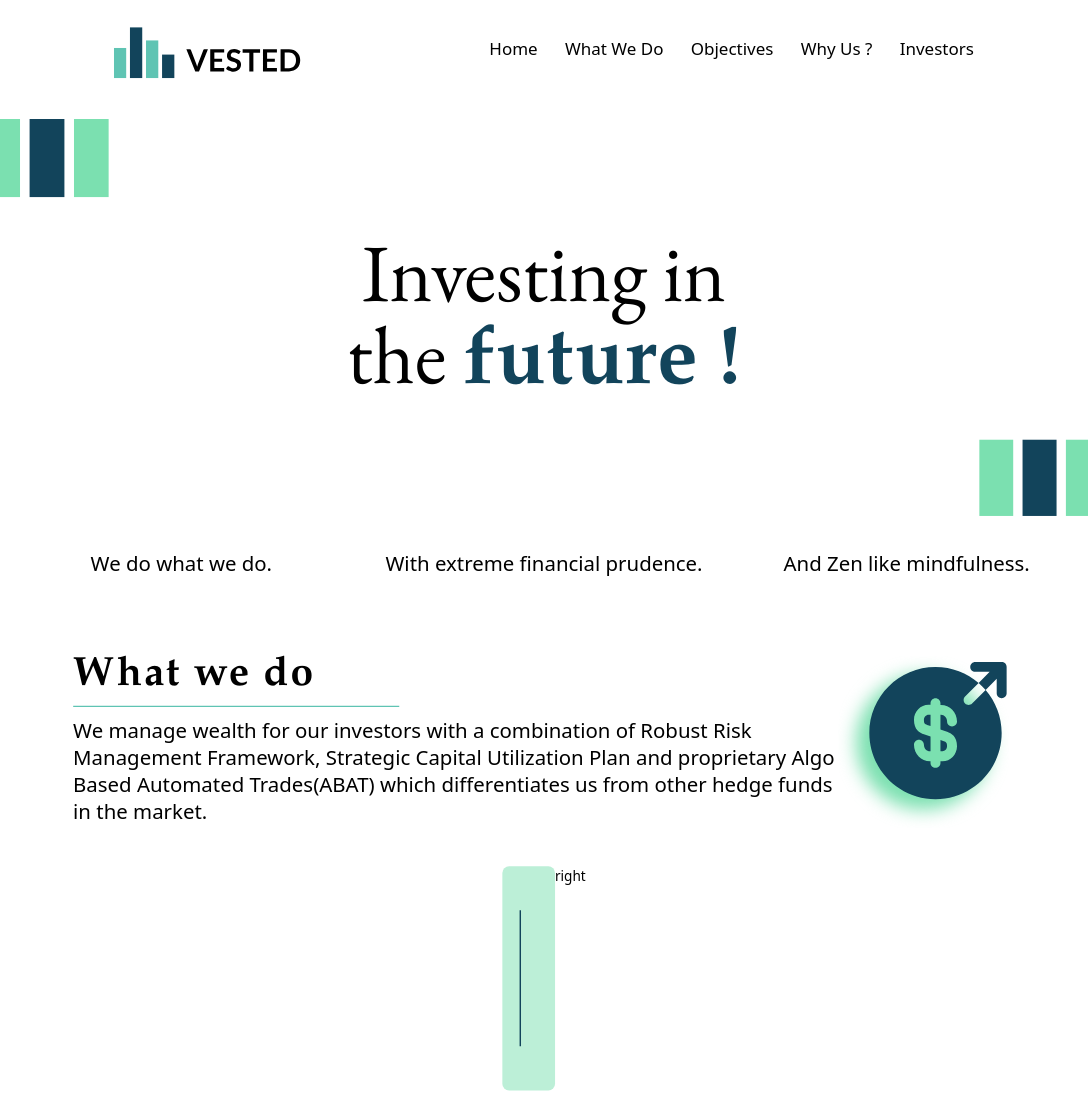
Repository: husainmamuwala/TippingPointsFinancial
Page: /
The author's editor kept a copy of each file at every save. The page is drawn from the files as they stood at one save, then again after a run of saves.
The browser window is 1280 px wide. The pictures show the whole page, at 85% of full size.
The project was rebuilt for these pictures with package versions that can differ from the ones it lists, and the page was loaded fresh each time. The framework's server and built-in components were replaced by stand-ins that run in the browser. Also part of the build but not shown: next.config.js.

Above is the page before, as saved 2022-10-15 18:52:39.

### pages/_document.js
import Document, { Html, Head, Main, NextScript } from "next/document";

function MyDocument() {
  return (
    <Html>
      <Head>
      <link rel="preconnect" href="https://fonts.googleapis.com"/>
<link rel="preconnect" href="https://fonts.gstatic.com" crossorigin/>
<link href="https://fonts.googleapis.com/css2?family=EB+Garamond:ital,wght@0,400;0,600;1,500&display=swap" rel="stylesheet"></link>
      </Head>
      <body>
        <Main />
        <NextScript />
      </body>
    </Html>
  );
}

export default MyDocument;

### pages/index.js
import React from "react"
import Hero from "../components/Hero"
import Nav from "../components/Nav"
import Objectives from "../components/Objectives"
import Whatwedo from "../components/Whatwedo"


export default function Home() {
  return (

    <div className="h-screen">
      <Nav/>
      <section id="home">
        <Hero/>
      </section>
      <section id="whatwedo">
        <Whatwedo/>
      </section>
      <section id="objectives">
        <Objectives/>
      </section>
    </div>

  )
}

### styles/globals.css
@tailwind base;
@tailwind components;
@tailwind utilities;

@layer base{
    @font-face{
        font-family: "Garamond";
        src: url('/fonts/Garamond.woff2') format('woff2');
        font-family: 'Montserrat', sans-serif

    }

}

### components/Hero.jsx
import React from 'react'

const Hero = () => {
  return (
    <div className='flex flex-col py-6'>
      <div className='grid grid-flow-row'>
        <div className='justify-self-start self-start w-20 md:w-32 '>
          <svg className="" width="auto" height="auto" viewBox="0 0 125 90" fill="none" xmlns="http://www.w3.org/2000/svg">
            <rect x="-17" width="40" height="90" fill="#7BE0B0" />
            <rect x="34" width="40" height="90" fill="#12445B" />
            <rect x="85" width="40" height="90" fill="#7BE0B0" />
          </svg>
        </div>
        <div className='justify-self-center w-full py-5 md:py-10'>
          <span className=' text-6xl text-center lg:text-8xl font-garamond pt-5 pb-5'>
            <span className="block">Investing in</span>
            <span className="block">the <span className='text-[#12445B] font-semibold'>future !</span></span>
          </span>
        </div>
        <div className='justify-self-end self-end w-20 md:w-32'>
          <svg className='' width="auto" height="au" viewBox="0 0 128 90" fill="none" xmlns="http://www.w3.org/2000/svg">
            <rect width="40" height="90" fill="#7BE0B0" />
            <rect x="51" width="40" height="90" fill="#12445B" />
            <rect x="102" width="40" height="90" fill="#7BE0B0" />
          </svg>
        </div>
      </div>
      <div className='grid grid-row-3 md:grid-cols-3 justify-evenly text-center
        text-xl font-Montserrat md:text-2xl md:py-10'>
        <div>
          <span>We do what we do.</span>
        </div>
        <div>
          <span>With extreme financial prudence.</span>
        </div>
        <div>
          <span>And Zen like mindfulness.</span>
        </div>
      </div>
    </div>
  )
}

export default Hero

### components/Nav.jsx
import Link from 'next/link';
import React, { useState } from 'react'
import { FiMenu } from 'react-icons/fi';
import {AiOutlineClose} from 'react-icons/ai'

const Nav = () => {
    const Links=[
        {name:"Home",link:"/"},
        {name:"What We Do",link:"#whatwedo"},
        {name:"Objectives",link:"#objectives"},
        {name:"Why Us ?",link:"#whyus"},
        {name:"Investors",link:"/investors"},
    ];
    const [open,setOpen] = useState(false);
  return (
    <div className='w-full relative top-0 font-Montserrat font-[400] bg-white'>
        <div className='sticky lg:flex py-4 lg:px-10 items-center lg:justify-around'>
            <div className='mt-2 scale-75 md:scale-100'>
                <svg width="221" height="60" viewBox="0 0 221 60" fill="none" xmlns="http://www.w3.org/2000/svg">
                <path d="M110.63 25.972L100.118 52H95.7437L85.2317 25.972H89.1197C89.5397 25.972 89.8817 26.074 90.1457 26.278C90.4097 26.482 90.6077 26.746 90.7397 27.07L96.8777 42.946C97.0817 43.462 97.2737 44.032 97.4537 44.656C97.6457 45.268 97.8257 45.91 97.9937 46.582C98.1377 45.91 98.2937 45.268 98.4617 44.656C98.6297 44.032 98.8157 43.462 99.0197 42.946L105.122 27.07C105.218 26.794 105.404 26.542 105.68 26.314C105.968 26.086 106.316 25.972 106.724 25.972H110.63ZM118.184 29.824V37.042H127.292V40.768H118.184V48.13H129.74V52H113.324V25.972H129.74V29.824H118.184ZM147.891 30.706C147.747 30.958 147.591 31.144 147.423 31.264C147.267 31.372 147.069 31.426 146.829 31.426C146.577 31.426 146.301 31.336 146.001 31.156C145.713 30.964 145.365 30.754 144.957 30.526C144.549 30.298 144.069 30.094 143.517 29.914C142.977 29.722 142.335 29.626 141.591 29.626C140.919 29.626 140.331 29.71 139.827 29.878C139.323 30.034 138.897 30.256 138.549 30.544C138.213 30.832 137.961 31.18 137.793 31.588C137.625 31.984 137.541 32.422 137.541 32.902C137.541 33.514 137.709 34.024 138.045 34.432C138.393 34.84 138.849 35.188 139.413 35.476C139.977 35.764 140.619 36.022 141.339 36.25C142.059 36.478 142.797 36.724 143.553 36.988C144.309 37.24 145.047 37.54 145.767 37.888C146.487 38.224 147.129 38.656 147.693 39.184C148.257 39.7 148.707 40.336 149.043 41.092C149.391 41.848 149.565 42.766 149.565 43.846C149.565 45.022 149.361 46.126 148.953 47.158C148.557 48.178 147.969 49.072 147.189 49.84C146.421 50.596 145.479 51.196 144.363 51.64C143.247 52.072 141.969 52.288 140.529 52.288C139.701 52.288 138.885 52.204 138.081 52.036C137.277 51.88 136.503 51.652 135.759 51.352C135.027 51.052 134.337 50.692 133.689 50.272C133.041 49.852 132.465 49.384 131.961 48.868L133.383 46.546C133.503 46.378 133.659 46.24 133.851 46.132C134.043 46.012 134.247 45.952 134.463 45.952C134.763 45.952 135.087 46.078 135.435 46.33C135.783 46.57 136.197 46.84 136.677 47.14C137.157 47.44 137.715 47.716 138.351 47.968C138.999 48.208 139.773 48.328 140.673 48.328C142.053 48.328 143.121 48.004 143.877 47.356C144.633 46.696 145.011 45.754 145.011 44.53C145.011 43.846 144.837 43.288 144.489 42.856C144.153 42.424 143.703 42.064 143.139 41.776C142.575 41.476 141.933 41.224 141.213 41.02C140.493 40.816 139.761 40.594 139.017 40.354C138.273 40.114 137.541 39.826 136.821 39.49C136.101 39.154 135.459 38.716 134.895 38.176C134.331 37.636 133.875 36.964 133.527 36.16C133.191 35.344 133.023 34.342 133.023 33.154C133.023 32.206 133.209 31.282 133.581 30.382C133.965 29.482 134.517 28.684 135.237 27.988C135.957 27.292 136.845 26.734 137.901 26.314C138.957 25.894 140.169 25.684 141.537 25.684C143.073 25.684 144.489 25.924 145.785 26.404C147.081 26.884 148.185 27.556 149.097 28.42L147.891 30.706ZM171.969 29.95H164.121V52H159.279V29.95H151.431V25.972H171.969V29.95ZM180.235 29.824V37.042H189.343V40.768H180.235V48.13H191.791V52H175.375V25.972H191.791V29.824H180.235ZM219.194 38.986C219.194 40.894 218.876 42.646 218.24 44.242C217.604 45.838 216.71 47.212 215.558 48.364C214.406 49.516 213.02 50.41 211.4 51.046C209.78 51.682 207.98 52 206 52H196.082V25.972H206C207.98 25.972 209.78 26.296 211.4 26.944C213.02 27.58 214.406 28.474 215.558 29.626C216.71 30.766 217.604 32.134 218.24 33.73C218.876 35.326 219.194 37.078 219.194 38.986ZM214.226 38.986C214.226 37.558 214.034 36.28 213.65 35.152C213.278 34.012 212.732 33.052 212.012 32.272C211.304 31.48 210.44 30.874 209.42 30.454C208.412 30.034 207.272 29.824 206 29.824H200.942V48.148H206C207.272 48.148 208.412 47.938 209.42 47.518C210.44 47.098 211.304 46.498 212.012 45.718C212.732 44.926 213.278 43.966 213.65 42.838C214.034 41.698 214.226 40.414 214.226 38.986Z" fill="black"/>
                <rect y="24.4445" width="14.4444" height="35.5556" fill="#5FC4B3"/>
                <rect x="18.8889" width="14.4444" height="60" fill="#12445B"/>
                <rect x="37.7778" y="15.5555" width="14.4444" height="44.4444" fill="#5FC4B3"/>
                <rect x="56.6667" y="32.2222" width="14.4444" height="27.7778" fill="#12445B"/>
                </svg>

            </div>
            <div onClick={()=>setOpen(!open)}
                 className='text-3xl absolute right-8 top-11 pr-8 cursor-pointer lg:hidden'>
                    {!open ? <FiMenu size={40}/> : <AiOutlineClose size={40}/>}
            </div>

            <ul className={`lg:flex lg:flex-row lg:items-center font-Montserrat pb-12 lg:pb-0
            absolute lg:static bg-white lg:z-auto z-[-1] w-full left-0  lg:pl-0 pl-9 lg:w-auto
            transition-all duration-500 ease-in
            ${open ? "flex-col" : "hidden"}`}>
                {
                    Links.map((link)=>(
                        <li onClick={() => setOpen(false)} key={link.link} className="md:ml-8 text-xl my-7 hover:text-[#5FC4B3]
                         relative transition-all hover:top-1">
                            <Link href={link.link}
                            className="font-Monteserrat">
                                {link.name}
                            </Link>
                        </li>
                    ))
                }
            </ul>
        </div>
    </div>
  )
}

export default Nav

### components/Objectives.jsx
import React from 'react'

const Objectives = () => {
  const Data = [
    {title:"Vision",desc:"To become the largest algo based hedge fund Globally"},
  ];
  return (
    <div className='flex flex-col md:flex-row justify-center py-5 px-10 md:px-0'>
        <div className=''>
          <div className='relative w-full bg-[#7BE0B0] bg-opacity-50 rounded-lg p-5 flex flex-row '>
              <div className='pr-5 h-28 lg:h-56'>
                  <svg width="2" height="auto" viewBox="0 0 2 160" fill="none" xmlns="http://www.w3.org/2000/svg">
                  <line x1="1" y1="4.37114e-08" x2="0.999993" y2="160" stroke="#12445B" stroke-width="2"/>
                  </svg>
              </div>
              {
                Data.map((dataa)=>(
              <div>
                <h1 className='text-3xl font-semibold font-garamond'>{dataa.name}</h1>
                <p className='font-montserrat text-xl'> </p>
              </div>
                ))}
          </div>

        </div>
          <div>
              right
          </div>

    </div>
  )
}

export default Objectives

### components/Whatwedo.tsx
import React from 'react'


const whatwedo = () => {
    return (
        <div className='py-5 px-10 flex md:flex-row flex-col justify-center'>
            <div className='md:w-3/4'>
                <div>
                    <h4 className='text-3xl md:text-5xl font-garamond font-semibold py-2 tracking-wider'>
                        What we do
                    </h4>

                    <svg className="lg:w-96 lg:h-2" width="auto" height="2" viewBox="0 0 589 2" fill="none" xmlns="http://www.w3.org/2000/svg">
                        <line y1="1" x2="589" y2="1" stroke="#5FC4B3" strokeWidth="2" />
                    </svg>

                    <p className='py-2 text-xl md:text-2xl'>
                        We manage wealth for our investors with a combination of Robust Risk Management Framework,
                        Strategic Capital Utilization Plan and proprietary Algo Based Automated Trades(ABAT)
                        which differentiates us from other hedge funds in the market.
                    </p>
                </div>
            </div>
            <div className='w-52 hidden md:block lg:self-center'>
                <svg width="auto" height="auto" viewBox="0 0 226 223" fill="none" xmlns="http://www.w3.org/2000/svg">
                    <g filter="url(#filter0_f_6_45)">
                        <circle cx="109.027" cy="113.259" r="86.0274" fill="#7BE0B0" />
                    </g>
                    <path d="M109.698 84.8371C109.698 89.4046 110.967 90.0812 113.843 91.0962L118.156 92.6187V78.2396H115.619C112.405 78.2396 109.698 81.2 109.698 84.8371ZM130.844 124.76H133.381C136.68 124.76 139.302 121.8 139.302 118.163C139.302 113.595 138.033 112.919 135.158 111.904L130.844 110.381V124.76Z" fill="#12445B" />
                    <path d="M188.614 46.3517L171.275 63.6913C170.006 64.96 168.399 65.5521 166.792 65.5521C165.185 65.5521 163.578 64.96 162.309 63.6913C161.129 62.4975 160.467 60.8867 160.467 59.2083C160.467 57.53 161.129 55.9192 162.309 54.7254L179.648 37.3858C164.762 24.6983 145.561 16.9167 124.5 16.9167C77.81 16.9167 39.9167 54.81 39.9167 101.5C39.9167 148.19 77.81 186.083 124.5 186.083C171.19 186.083 209.083 148.19 209.083 101.5C209.083 80.4388 201.302 61.2383 188.614 46.3517ZM139.302 99.9775C144.715 101.923 151.99 105.814 151.99 118.248C151.99 128.82 143.616 137.533 133.381 137.533H130.844V139.647C130.844 143.115 127.968 145.991 124.5 145.991C121.032 145.991 118.156 143.115 118.156 139.647V137.533H117.48C106.23 137.533 97.0104 128.059 97.0104 116.387C97.0104 112.834 99.8863 109.958 103.354 109.958C106.822 109.958 109.698 112.834 109.698 116.302C109.698 120.954 113.166 124.76 117.48 124.76H118.156V105.983L109.698 103.023C104.285 101.077 97.0104 97.1863 97.0104 84.7525C97.0104 74.1796 105.384 65.4675 115.619 65.4675H118.156V63.4375C118.156 59.9696 121.032 57.0938 124.5 57.0938C127.968 57.0938 130.844 59.9696 130.844 63.4375V65.5521H131.52C142.77 65.5521 151.99 75.0254 151.99 86.6979C151.99 90.1658 149.114 93.0417 145.646 93.0417C142.178 93.0417 139.302 90.1658 139.302 86.6979C139.302 82.0458 135.834 78.2396 131.52 78.2396H130.844V97.0171L139.302 99.9775ZM214.92 14.4638C214.251 12.9061 213.009 11.6647 211.452 10.9958C210.691 10.7256 209.891 10.5827 209.083 10.5729H175.25C171.782 10.5729 168.906 13.4488 168.906 16.9167C168.906 20.3846 171.782 23.2604 175.25 23.2604H193.774L179.648 37.3858C182.863 40.1771 185.823 43.1375 188.614 46.3517L202.74 32.2263V50.75C202.74 54.2179 205.615 57.0938 209.083 57.0938C212.551 57.0938 215.427 54.2179 215.427 50.75V16.9167C215.427 16.0708 215.258 15.3096 214.92 14.4638Z" fill="#12445B" />
                    <defs>
                        <filter id="filter0_f_6_45" x="0" y="4.2317" width="218.055" height="218.055" filterUnits="userSpaceOnUse" colorInterpolationFilters="sRGB">
                            <feFlood floodOpacity="0" result="BackgroundImageFix" />
                            <feBlend mode="normal" in="SourceGraphic" in2="BackgroundImageFix" result="shape" />
                            <feGaussianBlur stdDeviation="11.5" result="effect1_foregroundBlur_6_45" />
                        </filter>
                    </defs>
                </svg>
            </div>
        </div>
    )
}

export default whatwedo

### tailwind.config.js
/** @type {import('tailwindcss').Config} */
module.exports = {
  content: [
    "./pages/**/*.{js,ts,jsx,tsx}",
    "./components/**/*.{js,ts,jsx,tsx}",
  ],
  theme: {
    extend: {
      fontFamily: {
        garamond:'Garamond'
      }
    },
  },
  plugins: [],
}

Loaded but not shown: pages/_app.js (common file)

After the next 3 saves:
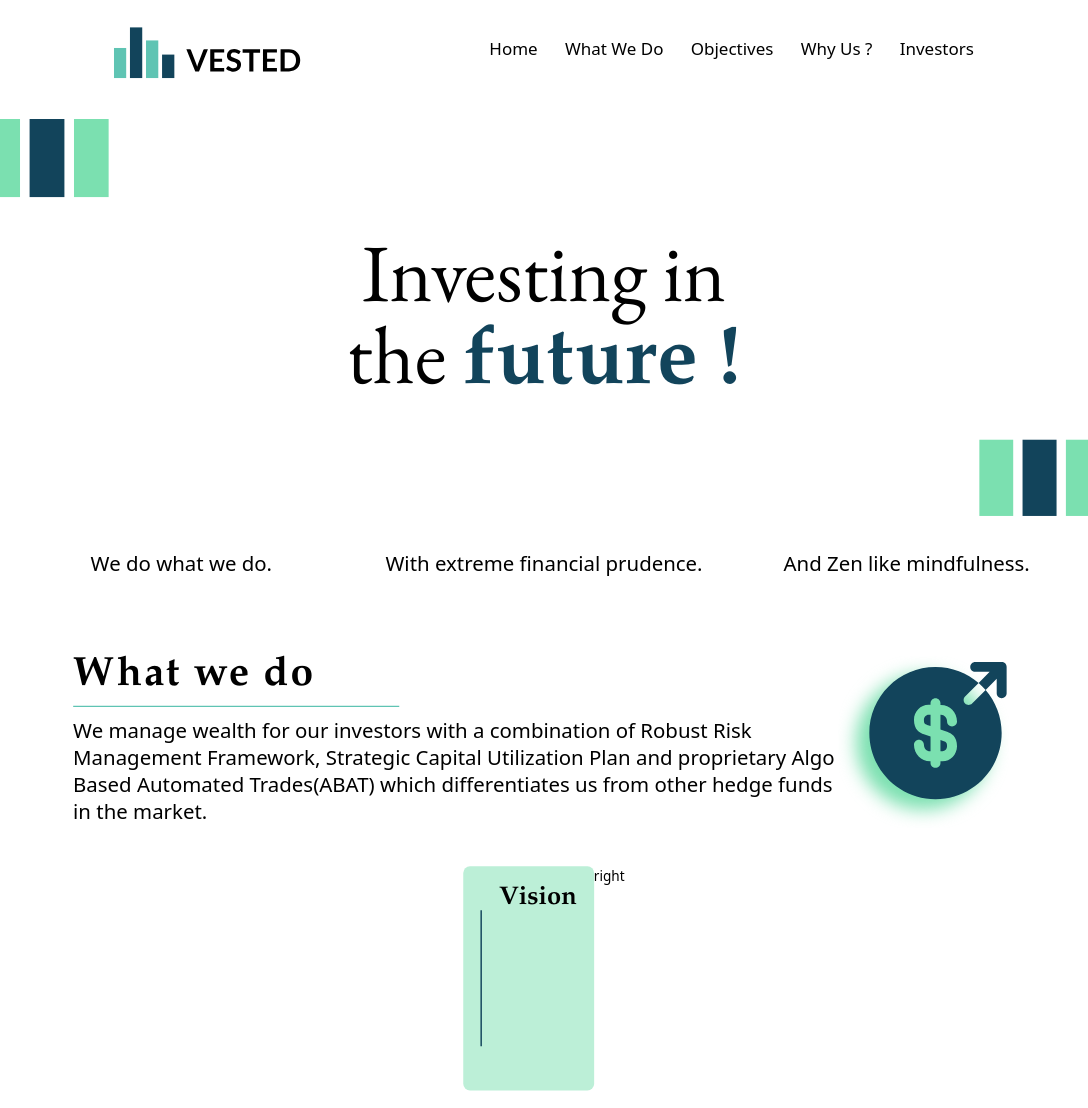
The 3 saves are shown as one change because they came seconds apart.
The last was saved 13 s later.
--- a/components/Objectives.jsx
+++ b/components/Objectives.jsx
@@ -14,9 +14,9 @@
                   </svg>
               </div>
               {
-                Data.map((dataa)=>(
+                Data.map((data)=>(
               <div>
-                <h1 className='text-3xl font-semibold font-garamond'>{dataa.name}</h1>
+                <h1 className='text-3xl font-semibold font-garamond'>{data.title}</h1>
                 <p className='font-montserrat text-xl'> </p>
               </div>
                 ))}
